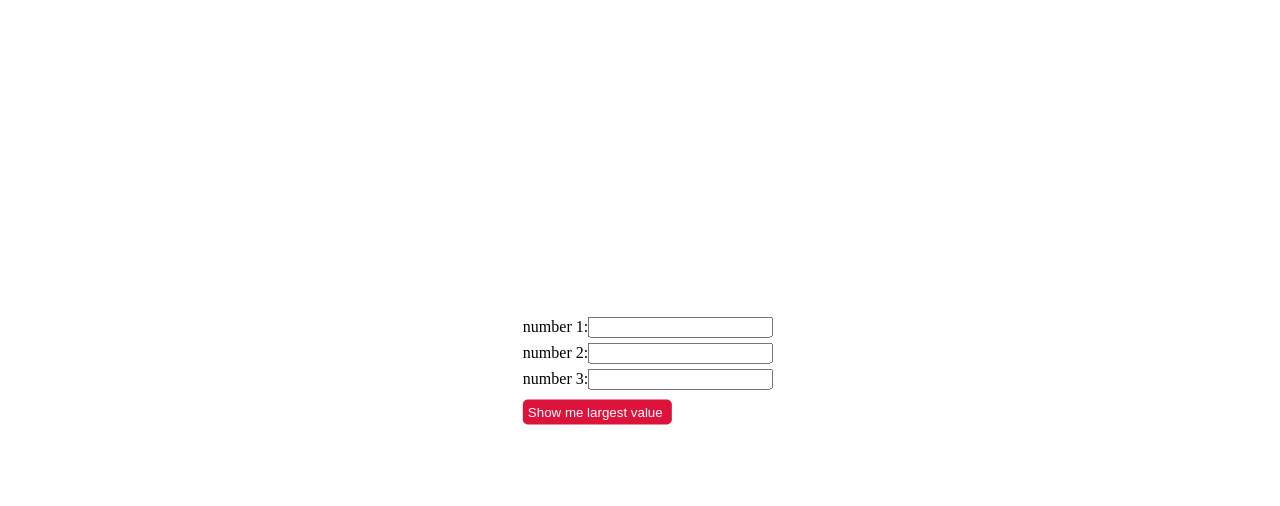
Repository: pkc189/Techment
Page: Advance Java Server Side/HelloWorld/WebContent/Largest.html
The author's editor kept a copy of each file at every save. The page is drawn from the files as they stood at one save, then again after the next save.
The browser window is 1280 px wide. The pictures show the whole page.

Above is the page before, as saved 2021-08-20 08:26:16.

### Advance Java Server Side/HelloWorld/WebContent/Largest.html
<!DOCTYPE html>
<html>
<head>
<meta charset="ISO-8859-1">
<title>Insert title here</title>
<style>
body{
position:absolute;
top:50%;
left:50%;
transform:translate(-50%,-50%)}

.btn{
background-color:crimson ;
border:none;
border-radius:5px;
color:white;
padding:5px;
margin-top:10px;
}
input{
margin-top:5px;

}




</style>
</head>
<body>

<form action="Largest">
  number 1:<input type="text" name="n1">
  <br/>
  number 2:<input type="text" name="n2">
  <br/>
  number 3:<input type="text" name="n3">
  <br/>


<input class="btn" value="Show me largest value " type="submit">
</form>
</body>
</html>

After the next save:
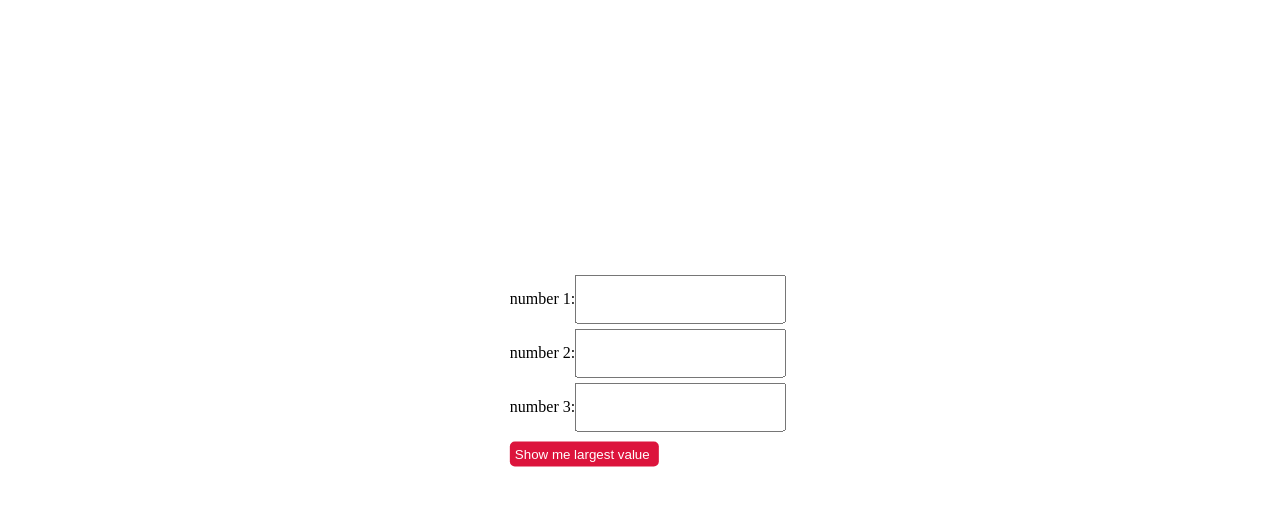
Saved 17 s later.
--- a/Advance Java Server Side/HelloWorld/WebContent/Largest.html
+++ b/Advance Java Server Side/HelloWorld/WebContent/Largest.html
@@ -20,6 +20,7 @@ margin-top:10px;
 }
 input{
 margin-top:5px;
+padding:15px
 
 }
 
